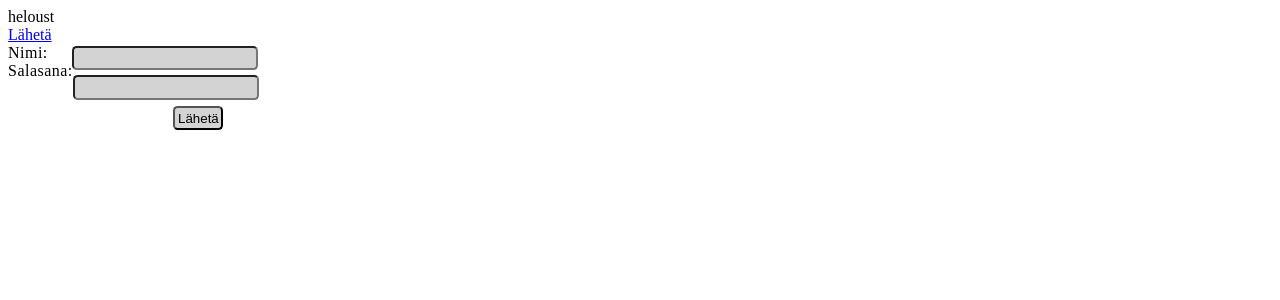
Repository: sirkian/ohj2-t4
Page: http://localhost/Kommunikaatio/
These files come from the project's save history. The page is drawn as it stood at one moment and after the next save; the edit follows.
The browser window is 1280 px wide. The pictures show the whole page.
The page is served by Tomcat 9.

Above is the page before, as saved 2022-03-19 14:11:24.

After the next save:
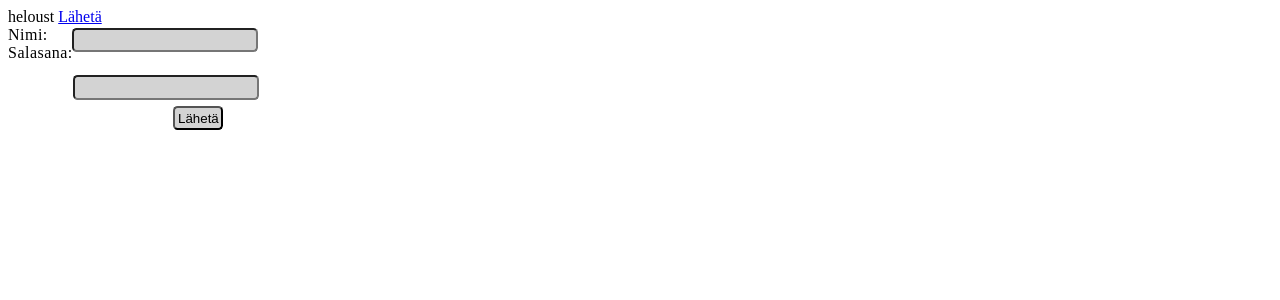
Saved 11 s later.
--- a/Kommunikaatio/src/main/webapp/index.jsp
+++ b/Kommunikaatio/src/main/webapp/index.jsp
@@ -6,10 +6,7 @@
 <meta charset="ISO-8859-1">
 <title>Insert title here</title>
 <style>
-body {
-	display: flex;
-	flex-direction: column;
-}
+
 input {
 	background: lightgrey;
 	border-radius:0.35em;
